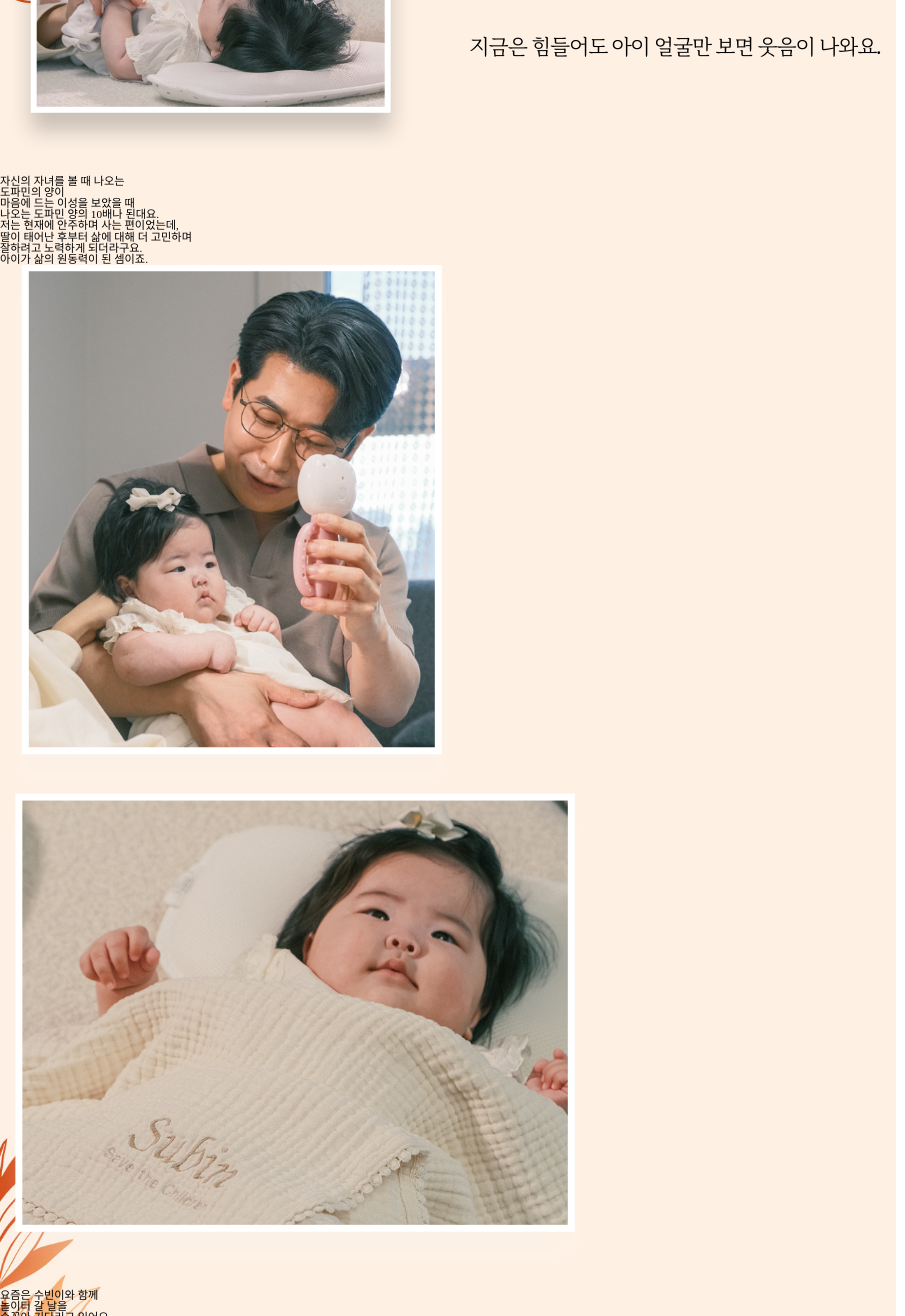
Repository: dlgywls1130/saveTheChildren
Page: index.html
These files come from the project's save history. The page is drawn as it stood at one moment and after the next save; the edit follows.
The browser window is 1280 px wide. The page is 1293 px wide, so the pictures cover 1293 px, including what lies to the right of the window. The pictures show the part of the page from y = 3601 to 5481 px (the page is 10571 px tall before and 10443 px after), at 70% of full size.
Some web fonts or font styles are not loaded; a fallback is used. The style sheet was rebuilt from its Sass, Less or Tailwind sources for each picture, by a compiler version that may differ from the author's.

Above is the page before, as saved 2024-11-01 22:31:09.

After the next save:
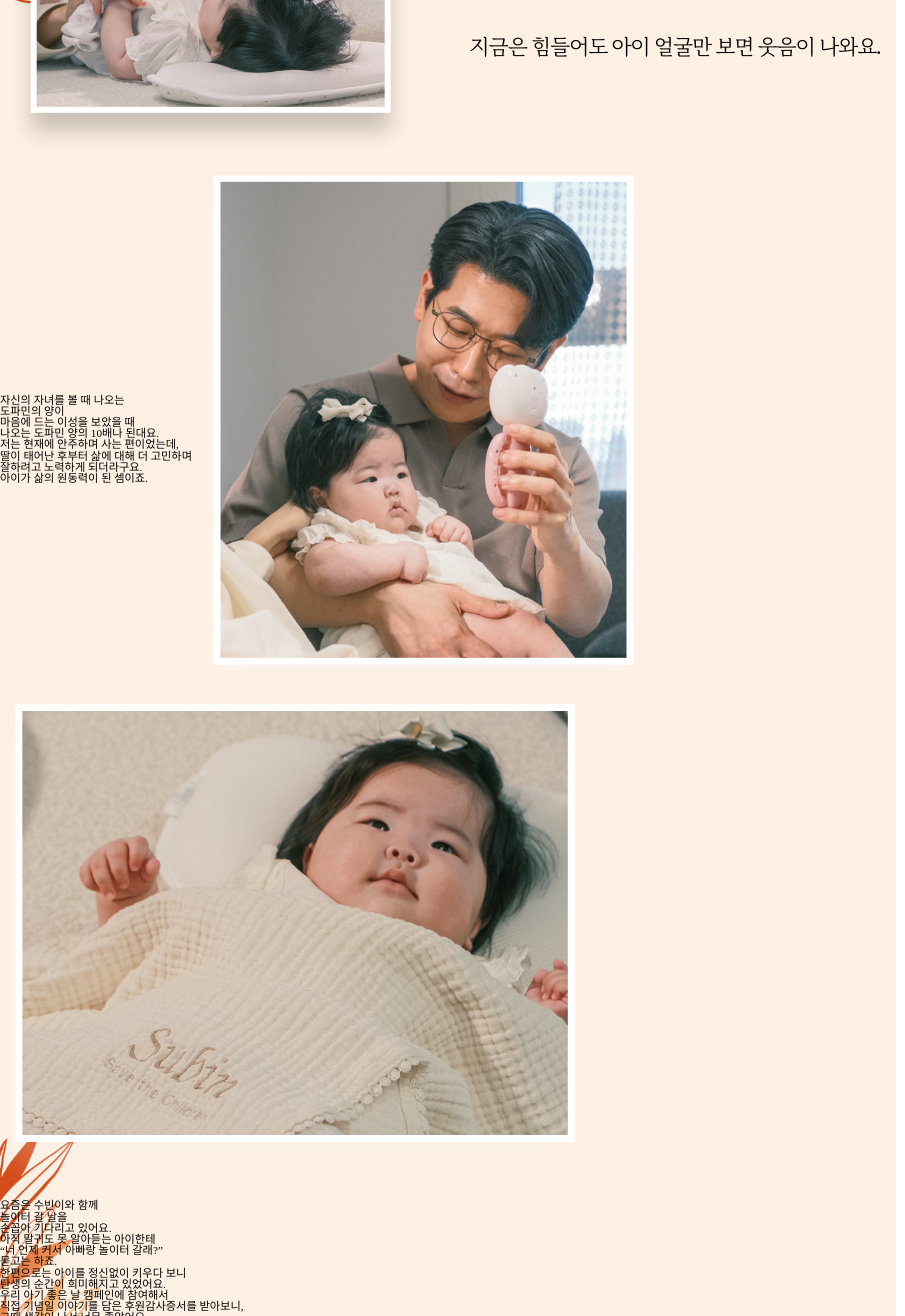
Saved 11 s later.
--- a/css/common.scss
+++ b/css/common.scss
@@ -506,5 +506,12 @@ $sides: (
                 }
             }
         }
-    }
-}
+
+        .story_03{
+            .story_03_01{
+                display: flex;
+                align-items: center;
+            }
+        }
+    }
+}
